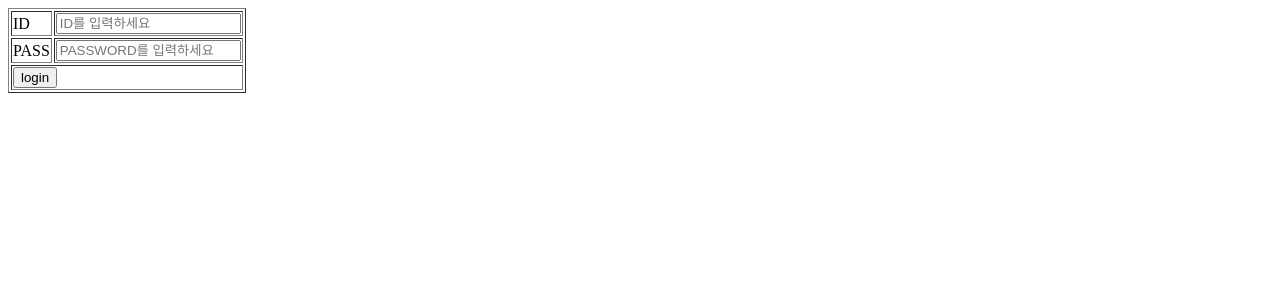
Repository: kdh4357065/3_highjava
Page: http://localhost/webTest/basic/session/sessionLogin.jsp
An editor plug-in stored every save of this project. The page is shown before and after the next save, followed by the edit.
The browser window is 1280 px wide. The pictures show the whole page.
The page is served by Tomcat 9. Other server files are loaded and not shown.

Above is the page before, as saved 2023-03-30 04:43:35.

### WorkSpace/webTest/src/main/webapp/basic/session/sessionLogin.jsp
<%@ page language="java" contentType="text/html; charset=UTF-8"
    pageEncoding="UTF-8"%>
<!DOCTYPE html>
<html>
<head>
<meta charset="UTF-8">
<title>Insert title here</title>

<style>
</style>
<%
boolean check = true;
%>
</head>
<body>

<form action="<%=request.getContextPath()%>/sessionLogin.do" method="post">
<table border="1">
<tr>
	<td>ID</td>
	<td><input type="text" name="userid" value="" placeholder="ID를 입력하세요"></td>
</tr>

<tr>
	<td>PASS</td>
	<td><input type="password" name="userpass" placeholder="PASSWORD를 입력하세요"></td>
</tr>

<tr>
	<td colspan="2"><input type="submit" value="login"></td>
</tr>

</table>
</form>

</body>
</html>

After the next save:
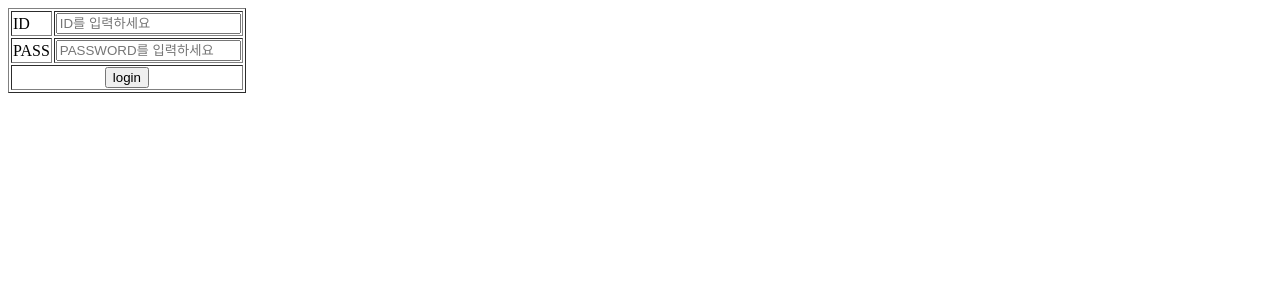
Saved 30 s later.
--- a/WorkSpace/webTest/src/main/webapp/basic/session/sessionLogin.jsp
+++ b/WorkSpace/webTest/src/main/webapp/basic/session/sessionLogin.jsp
@@ -27,7 +27,7 @@ boolean check = true;
 </tr>
 
 <tr>
-	<td colspan="2"><input type="submit" value="login"></td>
+	<td colspan="2" align="center"><input type="submit" value="login"></td>
 </tr>
 
 </table>
